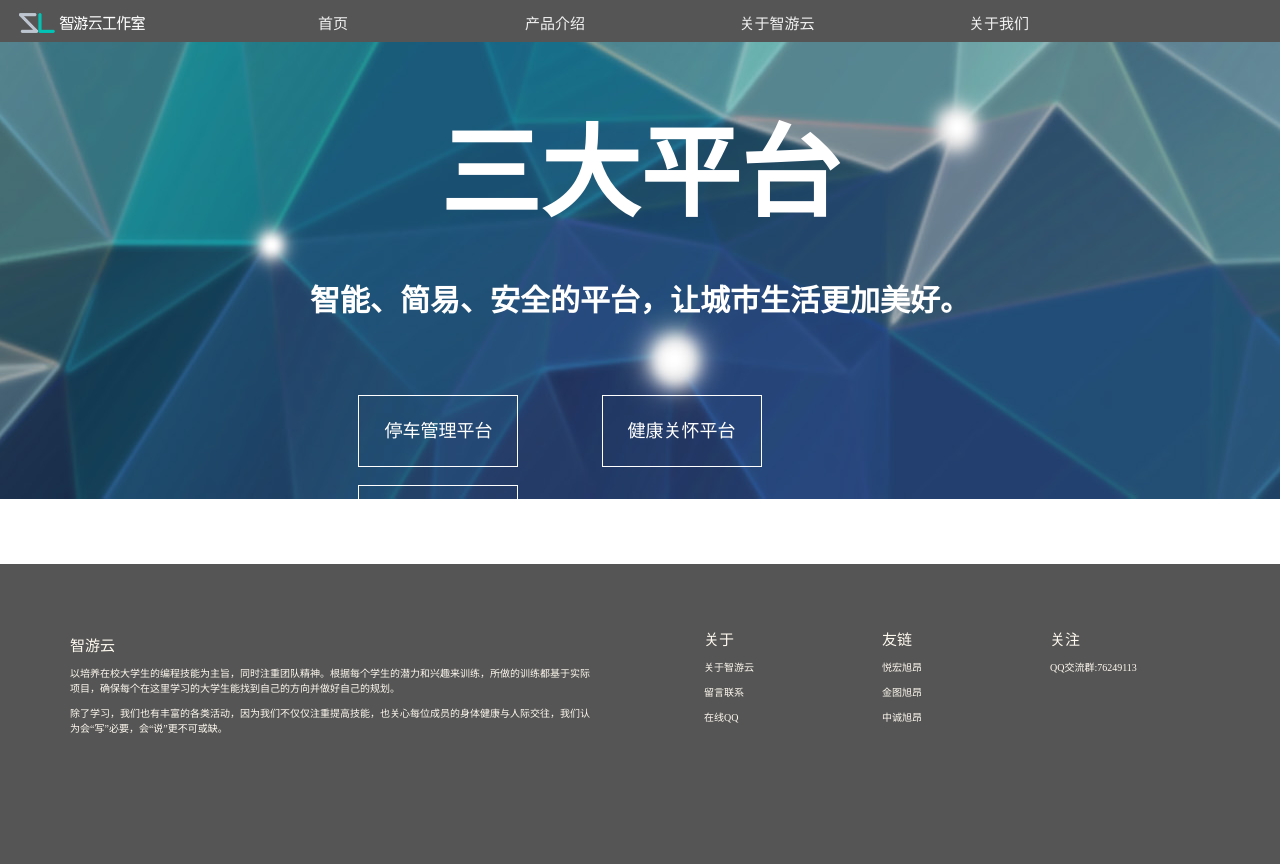
Repository: dakai1234/webTest
Page: 智游云1/product/product.html
The author's editor kept a copy of each file at every save. The page is drawn from the files as they stood at one save, then again after the next save.
The browser window is 1280 px wide. The pictures show the whole page.

Above is the page before, as saved 2021-04-11 13:14:29.

### 智游云1/product/product.html
<!DOCTYPE html>
<html lang="en">

<head>
    <meta charset="UTF-8">
    <meta http-equiv="X-UA-Compatible" content="IE=edge">
    <meta name="viewport" content="width=device-width, initial-scale=1.0">
    <link rel="stylesheet" href="../headerCss/header.css">
    <link rel="stylesheet" href="../footerCss/footer.css">
    <link rel="stylesheet" href="product.css">
    <title>产品介绍</title>
</head>

<body>
    <div class="header">
        <a href="images/logo.png"><img class="logo_img" src="../about/images/logo.png"></a>
        <a href="../index/index.html"> 首页 </a>
        <a href="product.html"> 产品介绍 </a>
        <a href="../about/about.html"> 关于智游云 </a>
        <a href="#"> 关于我们 </a>
    </div>

    <div class="billboard">
        <h1>三大平台</h1>
        <h2>智能、简易、安全的平台，让城市生活更加美好。</h2>
        <div class="platform">
            <div class="platform_content">
                <a href="#">停车管理平台</a>
            </div>
            <div class="platform_content">
                <a href="#">健康关怀平台</a>
            </div>
            <div class="platform_content">
                <a href="#">硬件管理平台</a>
            </div>
        </div>
    </div>

    <div class="footer">
        <div class="footer_inner">
            <div class="text">
                <span>智游云</span>
                <p>
                    以培养在校大学生的编程技能为主旨，同时注重团队精神。根据每个学生的潜力和兴趣来训练，所做的训练都基于实际项目，确保每个在这里学习的大学生能找到自己的方向并做好自己的规划。
                </p>
                <p>
                    除了学习，我们也有丰富的各类活动，因为我们不仅仅注重提高技能，也关心每位成员的身体健康与人际交往，我们认为会“写”必要，会“说”更不可或缺。
                </p>
            </div>
        </div>
        <div class="footer_inner">
            <div class="text_intro">
                <span>关于</span>
                <p>关于智游云</p>
                <p>留言联系</p>
                <p>在线QQ</p>
            </div>
            <div class="text_intro">
                <span>友链</span>
                <p>悦宏旭昂</p>
                <p>金图旭昂</p>
                <p>中诚旭昂</p>
            </div>
            <div class="text_intro">
                <span>关注</span>
                <p>QQ交流群:76249113</p>
            </div>

        </div>
    </div>
</body>

</html>

### 智游云1/headerCss/header.css
* {
    margin: 0;
    padding: 0;
}

.header {
    margin: 0 auto;
    background-color: #555;
    width: 100%;
    overflow: auto;
    position: fixed;
    top: 0;
}

.header a {
    float: left;
    width: 15%;
    color: #f2f2f2;
    text-align: center;
    padding: 12px 15px 8px 15px;
    text-decoration: none;
    font-size: 15px;
}

.header a:hover {
    color: #333;
}

.header a:active {
    color: #333;
}

.logo_img {
    float: left;
    width: 70%;
}

### 智游云1/footerCss/footer.css
.footer {
    margin: 40px 0px 0px 0px;
    height: 300px;
    width: 100%;
    background-color: #555;
    overflow: auto;
}

.footer_inner {
    width: 50%;
    float: left;
}

.text {
    margin: 50px;
    padding: 20px 0px 50px 20px;
    text-align: left;
    font-size: 10px;
    color: floralwhite;
    font-weight: lighter;
}

.text span {
    font-size: 15px;
    color: floralwhite;
    margin-bottom: 10px;
}

.text p {
    margin-top: 10px;
}

.text_intro {
    padding: 10% 10%;
    font-size: 10px;
    margin-bottom: 10px;
    color: floralwhite;
    font-weight: lighter;
    float: left;
}

.text_intro span {
    font-size: 15px;
}

.text_intro p {
    margin-top: 10px;
}

.text_intro p:hover {
    color: #000;
}

### 智游云1/product/product.css
.billboard {
    margin-top: -2%;
    text-align: center;
    width: 100%;
    height: 486px;
    z-index: 1;
    background: #34576D url(images/bigpicbg.jpg) no-repeat center top;
}

.billboard h1 {
    color: #fff;
    padding-top: 80px;
    margin: 3%;
    font-size: 100px;
}

.billboard h2 {
    font-size: 30px;
    color: #fff;
}

.platform {
    width: 50%;
    margin: 5% 25% 5% 23%;
}

.platform_content {
    margin: 5% 3% 5% 10%;
    float: left;
}

.platform_content a {
    border: solid 1px #fff;
    color: #fff;
    padding: 25px 25px;
    font-size: 18px;
    text-decoration: none;
}

.platform_content a:hover {
    box-shadow: 0.25px 0.25px 2px 2px #f1f1f1 inset;
}

After the next save:
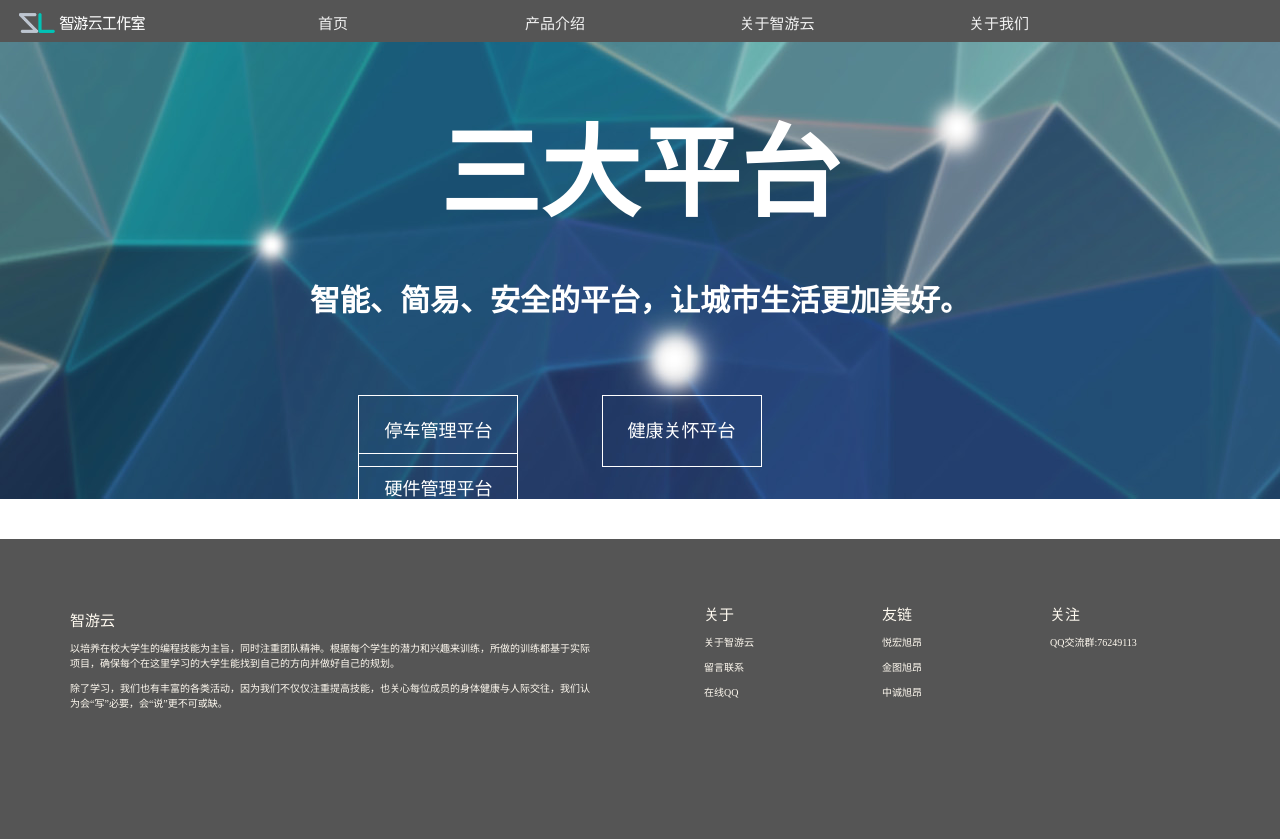
Saved 18 s later.
--- a/智游云1/product/product.css
+++ b/智游云1/product/product.css
@@ -25,7 +25,7 @@
 }
 
 .platform_content {
-    margin: 5% 3% 5% 10%;
+    margin: 5% 3% 0% 10%;
     float: left;
 }
 
